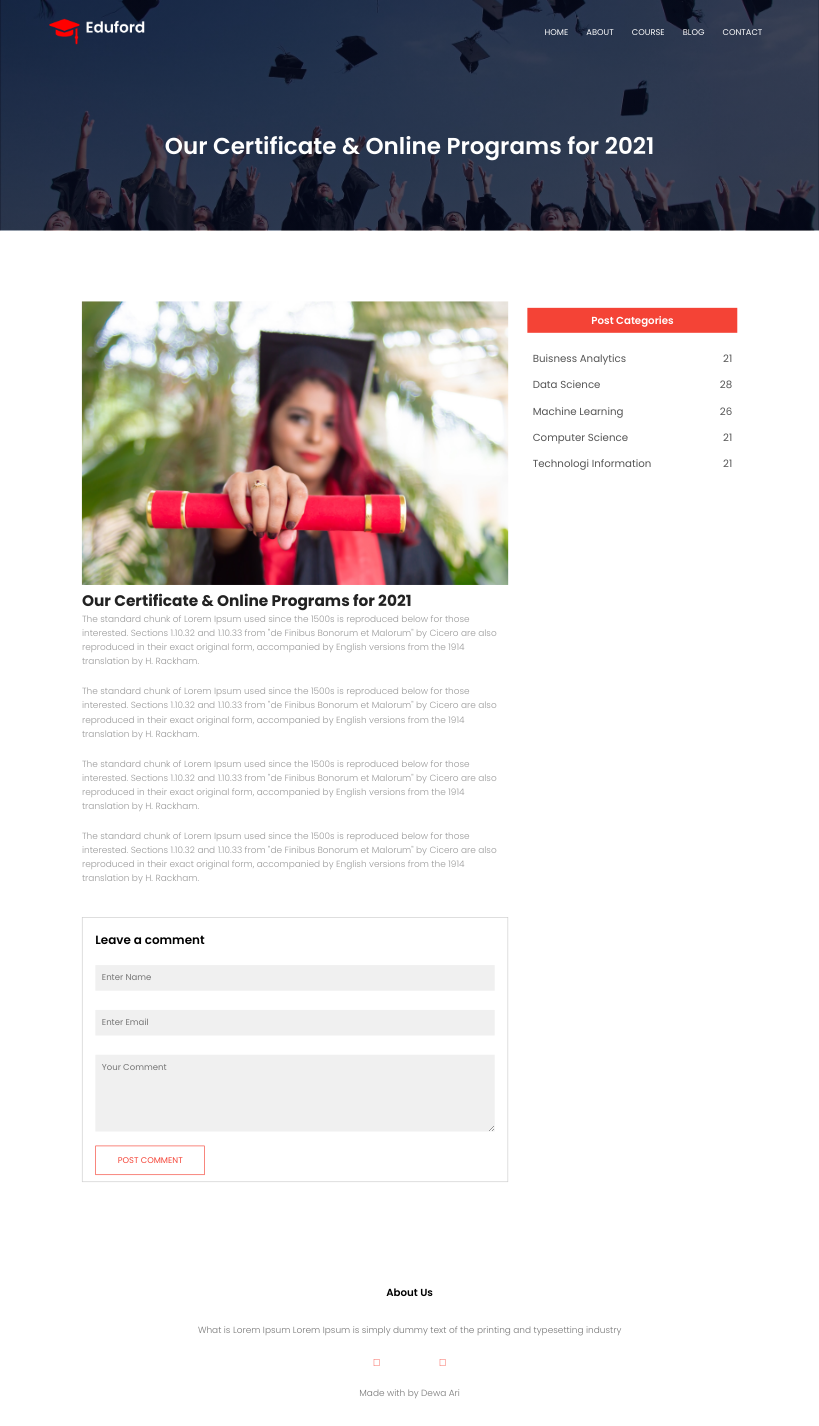
Repository: dewaary/company-profile
Page: blog.html
An editor plug-in stored every save of this project. The page is shown before and after the next save, followed by the edit.
The browser window is 1280 px wide. The pictures show the whole page, at 64% of full size.

Above is the page before, as saved 2021-05-08 00:11:01.

After the next save:
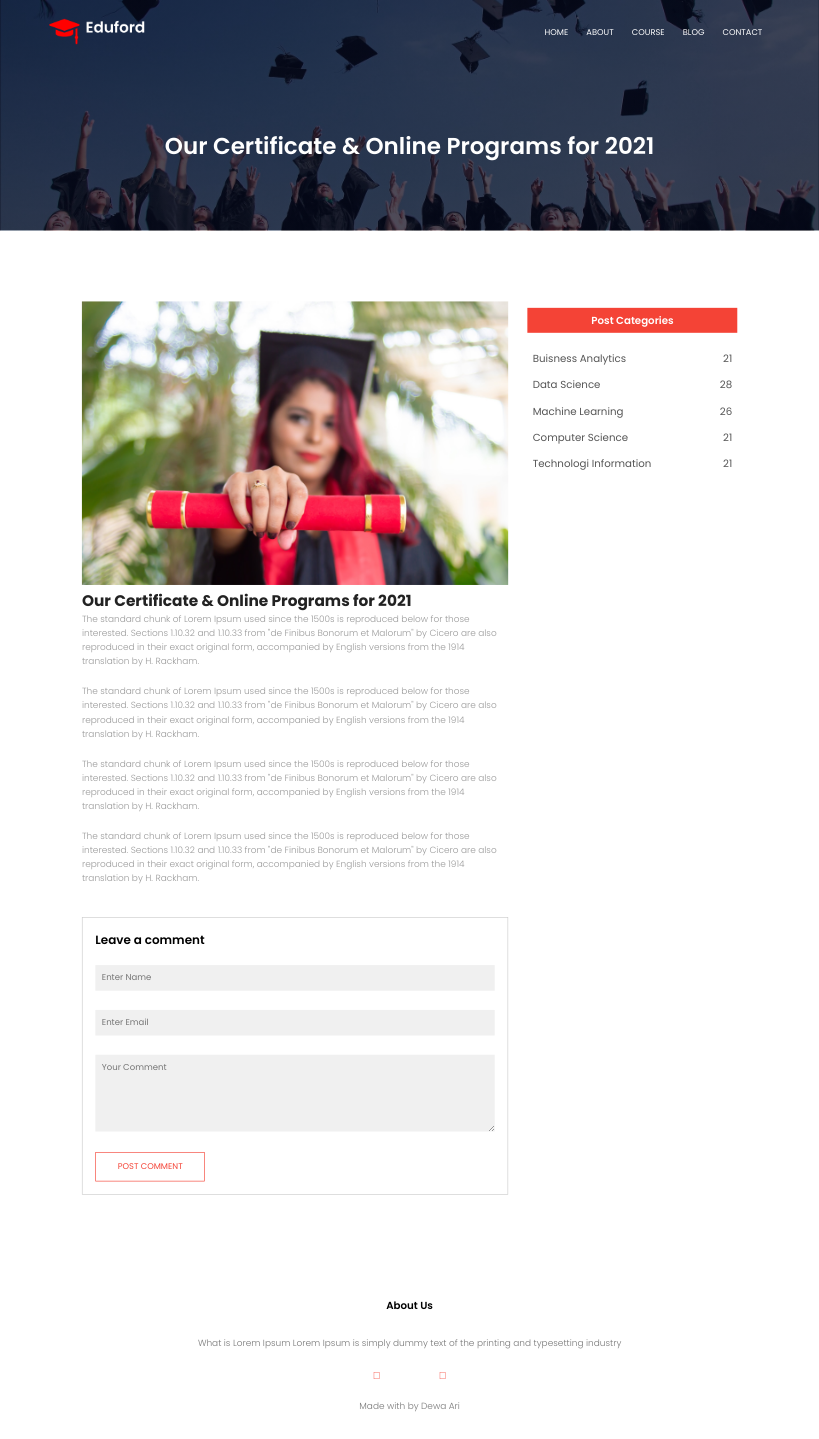
Saved 58 s later.
--- a/style.css
+++ b/style.css
@@ -472,3 +472,7 @@ h3 {
   outline: none;
   background: #f0f0f0;
 }
+
+.comment-form button{
+  margin: 10px 0;
+}
